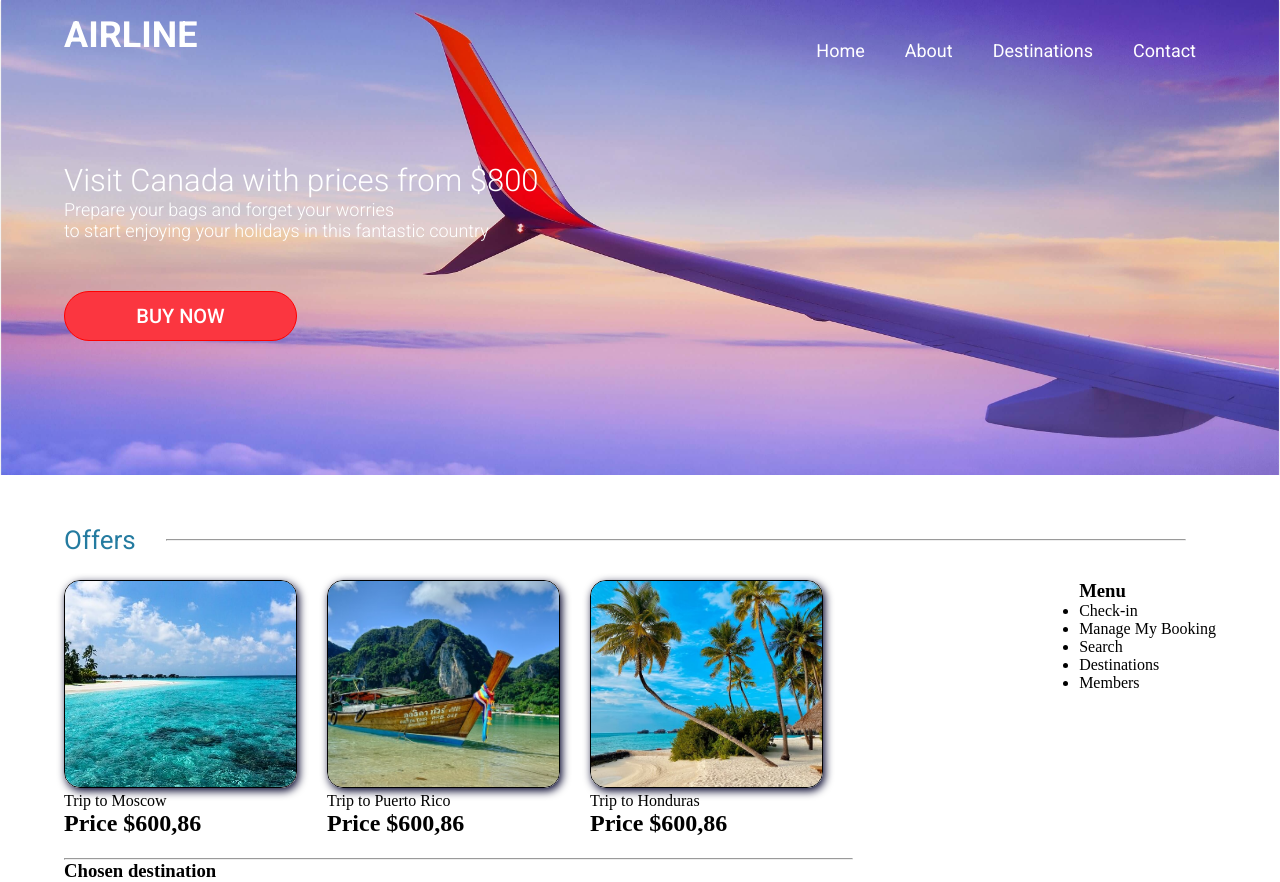
Repository: Cherced/AIRLINES
Page: /
The author's editor kept a copy of each file at every save. The page is drawn from the files as they stood at one save, then again after the next save.
The browser window is 1280 px wide. The pictures show the whole page.
The project was rebuilt for these pictures with package versions that can differ from the ones it lists, and the page was loaded fresh each time. The framework's server and built-in components were replaced by stand-ins that run in the browser. Also part of the build but not shown: components/atoms/Footer/SocialMedia.jsx, components/atoms/Footer/MoreToUs.jsx, components/molecules/Footer.jsx.

Above is the page before, as saved 2022-06-30 14:29:56.

### pages/_app.js
import '../sass/global.scss'

function MyApp({ Component, pageProps }) {

    return <Component {...pageProps} />

  }

  export default MyApp

### pages/_document.js
import Document, { Html, Head, Main, NextScript } from 'next/document'

export default class MyDocument extends Document {
  render() {
    return (
      <Html>
        <Head />
        <body>
          <Main />
          <div id="myportal"></div>
          <NextScript />
        </body>
      </Html>
    )
  }
}

### pages/index.js
import React from 'react'
import { Banner } from '../components/molecules/Banner'
import { Offers } from '../components/molecules/Offers'
import {Footer} from '../components/molecules/Footer'

const Home = () => {
  return (
    <React.Fragment>
        <Banner/>
        <Offers/>
    </React.Fragment>
  )
}

export default Home

### sass/global.scss
@import "./settings";
@import "./Elements/banner";
@import "./Elements/offerts";

### components/molecules/Banner.jsx
import React from 'react'
import { Header } from '../atoms/BannerStaff/Header'
import { Promotion } from '../atoms/BannerStaff/Promotion'

export const Banner = () => {
  return (
    <main className="main-Banner--Container">
        <Header/>
        <Promotion/>
    </main>
  )
}

### components/molecules/Offers.jsx
import React from 'react'
import {TripsOffer} from '../atoms/Offerts/TripsOffer'
import { Menu } from '../atoms/Offerts/Menu'

export const Offers = () => {
  return (
    <section className="offers-Section--Container">
    <div className="offers-Title--Container">
        <h1>Offers</h1> <hr />
    </div>
    <div className="offers-BoxModel--Container">
        <div className="offers-BoxModel-Content">
        <TripsOffer/>
        <hr />
        <h3>Chosen destination</h3>
        </div>
        <Menu/>
    </div>
    </section>
  )
}

### sass/_settings.scss
//fonts:
@import url('https://fonts.googleapis.com/css2?family=Inter:wght@100;200;300;500;600;700;800;900&family=Roboto:ital,wght@0,100;0,300;0,400;0,500;0,700;0,900;1,100;1,300;1,400;1,500;1,700;1,900&display=swap');

$preSetFont: 'Roboto', sans-serif;

*{
    box-sizing: border-box;
    margin: 0;
    padding: 0;
}

### sass/Elements/_banner.scss
@import "../components/Banner/header";
@import "../components/Banner/promotion";

.main-Banner--Container{
    height: 475px;
    width: 100%;
    background-image: url("../../public/images/plane.jpg");
    background-size: cover;
    background-repeat: no-repeat;
    display: flex;
    flex-direction: column;
    align-items: center;
}

### sass/components/Banner/_header.scss
.header--Container {
    width: 90%;
    height: 70px;
    display: flex;
    align-items: center;
    justify-content: space-between;

    h1{
        font-family: $preSetFont;
        font-size: 36px;
        text-align: left;
        color: white;
        letter-spacing: 0px;
    }

    .navBar--Container {
        color: white;
        opacity: 1;

        .itmes-Navbar--Container {
            list-style: none;
            display: flex;
            height: 70px;

            li {
                width: auto;
                padding: 40px 20px 0 20px;

                a {
                    font-family: $preSetFont;
                    font-size: 18px;
                    letter-spacing: 0px;
                }

                a:hover {
                    border-bottom: 2px solid white;
                }
            }
        }
    }
}

### sass/components/Banner/_promotion.scss
.promotions--Container {
    height: 405px;
    width: 90%;
    display: flex;
    flex-direction: column;
    align-items: flex-start;
    margin-top: 92px;

    h1 {
        text-align: left;
        font-family: $preSetFont;
        font-size: 31px;
        font-weight: 300;
        letter-spacing: 0px;
        opacity: 1;
        color: white;
    }

    p {
        width: 440px;
        text-align: left;
        font-family: $preSetFont;
        font-size: 18px;
        font-weight: 300;
        letter-spacing: 0px;
        color: #FFFFFF;
        opacity: 1;
    }

    .buyNowBtn {
        margin-top: 50px;
        background: #FB3640;
        width: 233px;
        height: 50px;
        font-family: $preSetFont;
        text-align: center;
        font: normal normal 500 20px/24px Roboto;
        letter-spacing: 0px;
        color: #FFFFFF;
        opacity: 1;
        border-radius: 60px;
        border: 1px solid red;
    }
}

### sass/Elements/_offerts.scss
.offers-Section--Container {
    width: 100vw;
    display: flex;
    flex-direction: column;
    align-items: center;
    justify-content: center;

    .offers-Title--Container {
        padding-top: 65px;
        width: 90%;
        height: 50px;
        display: flex;
        align-items: center;

        h1 {
            color: #247BA0;
            text-align: left;
            font: normal normal 400 26px/32px Roboto;
            letter-spacing: 0px;
            color: #247BA0;
            opacity: 1;
        }

        hr {
            margin: 0 30px;
            width: 90%;
        }
    }

    .offers-BoxModel--Container {
        width: 90%;
        display: flex;
        justify-content: space-between;
        margin-top: 40px;

        .offers-BoxModel-Content {
            .promotional-Cards--Container {
                display: flex;
                margin-bottom: 70px;

                .promotionalCard {
                    width: 233px;
                    height: 208px;
                    border-radius: 60px;
                    margin-right: 30px;

                    img {
                        border: 1px solid black;
                        box-shadow: 2px 3px 8px #000029;
                        opacity: 1;
                        width: 100%;
                        height: 100%;
                        border-radius: 16px;
                        object-fit: cover;
                        z-index: -1;
                    }
                }
            }
        }
    }

}

### components/atoms/BannerStaff/Header.jsx
import React from 'react'

export const Header = () => {
  return (
    <header className="header--Container">
        <h1>AIRLINE</h1>
        <nav className="navBar--Container">
            <ul className="itmes-Navbar--Container">
                <li><a>Home</a></li>
                <li><a>About</a></li>
                <li><a>Destinations</a></li>
                <li><a>Contact</a></li>
            </ul>
        </nav>
    </header>
  )
}

### components/atoms/BannerStaff/Promotion.jsx
import React from 'react'

export const Promotion = () => {
  return (
    <div className="promotions--Container">
        <h1>Visit Canada with prices from $800</h1>
        <p>Prepare your bags and forget your worries</p>
        <p> to start enjoying your holidays in this fantastic country</p>
        <button className="buyNowBtn" type="button">BUY NOW</button>
    </div>
  )
}

### components/atoms/Offerts/TripsOffer.jsx
import React from 'react'

export const TripsOffer = () => {
  return (
    <div className="promotional-Cards--Container">
        <div className="promotionalCard">
            <img src="/images/moscow.jpg" alt="moscu"/>
            <div className="promotionalCard--Info">
                <p>
                Trip to Moscow
                </p>
                <h1>Price $600,86</h1>
            </div>
        </div>
        <div className="promotionalCard">
            <img src="/images/puerto-rico.jpg" alt="puerrtorro"/>
            <div className="promotionalCard--Info">
                <p>
                Trip to Puerto Rico
                </p>
                <h1>Price $600,86</h1>
            </div>
        </div>
        <div className="promotionalCard">
            <img src="/images/honduras.jpg" alt="honduras"/>
            <div className="promotionalCard--Info">
                <p>
                Trip to Honduras
                </p>
                <h1>Price $600,86</h1>
            </div>
        </div>
    </div>
  )
}

### components/atoms/Offerts/Menu.jsx
import React from 'react'

export const Menu = () => {
  return (
    <aside className="menuAside--Container">
        <h1>Menu</h1>
        <ul className="menuAside-Navbar--Container">
            <li>Check-in</li>
            <li>Manage My Booking</li>
            <li>Search</li>
            <li>Destinations</li>
            <li>Members</li>
        </ul>
    </aside>
  )
}

After the next save:
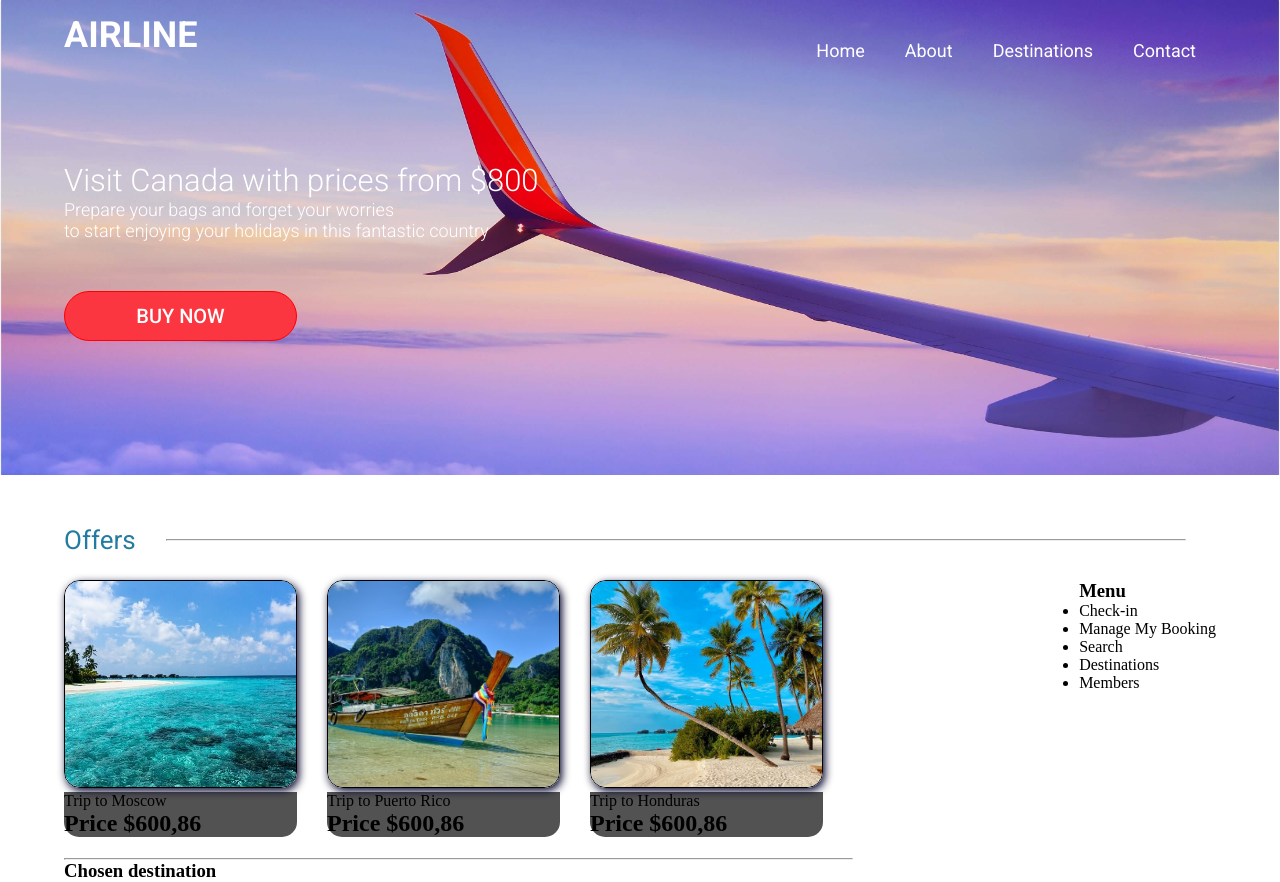
Saved 49 s later.
--- a/sass/Elements/_offerts.scss
+++ b/sass/Elements/_offerts.scss
@@ -54,6 +54,11 @@
                         object-fit: cover;
                         z-index: -1;
                     }
+                    .promotionalCard--Info{
+                        background: #000000AD 0% 0% no-repeat padding-box;
+                        border-radius: 0px 0px 15px 15px;
+                        opacity: 1;
+                    }
                 }
             }
         }
